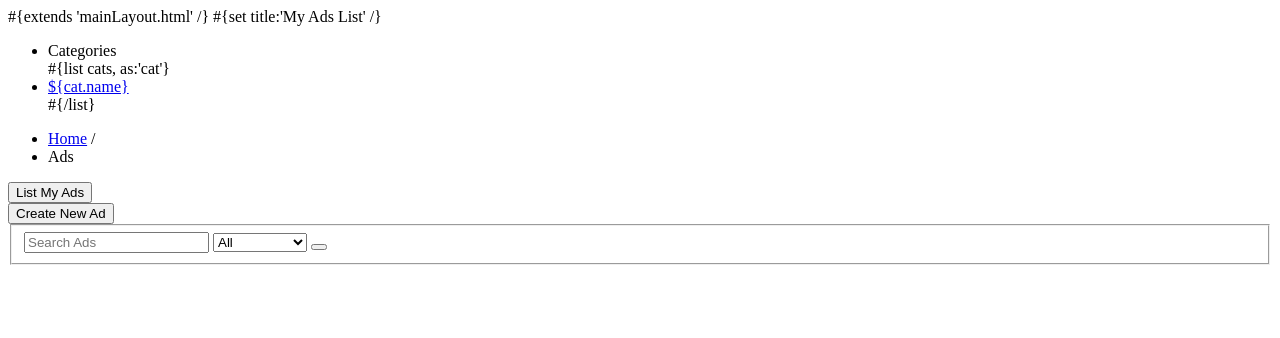
Repository: Maalejm/SEBA
Page: SlifeWebSite/app/views/Ads/index.html
These files come from the project's save history. The page is drawn as it stood at one moment and after the next save; the edit follows.
The browser window is 1280 px wide. The pictures show the whole page.

Above is the page before, as saved 2013-06-17 23:20:56.
Console error: SyntaxError: Invalid or unexpected token

After the next save:
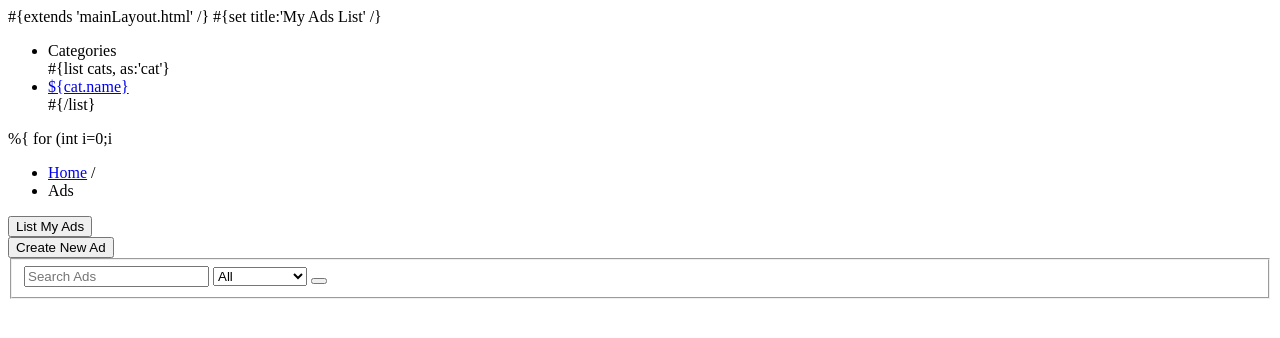
Saved 109 s later.
--- a/SlifeWebSite/app/views/Ads/index.html
+++ b/SlifeWebSite/app/views/Ads/index.html
@@ -21,8 +21,13 @@
                         #{/list}
 
                     </ul>
-
-
+                    %{
+
+                    for (int i=0;i<cats.size();i++) {
+
+    					}
+
+                    }%
 
                     <div>
 
